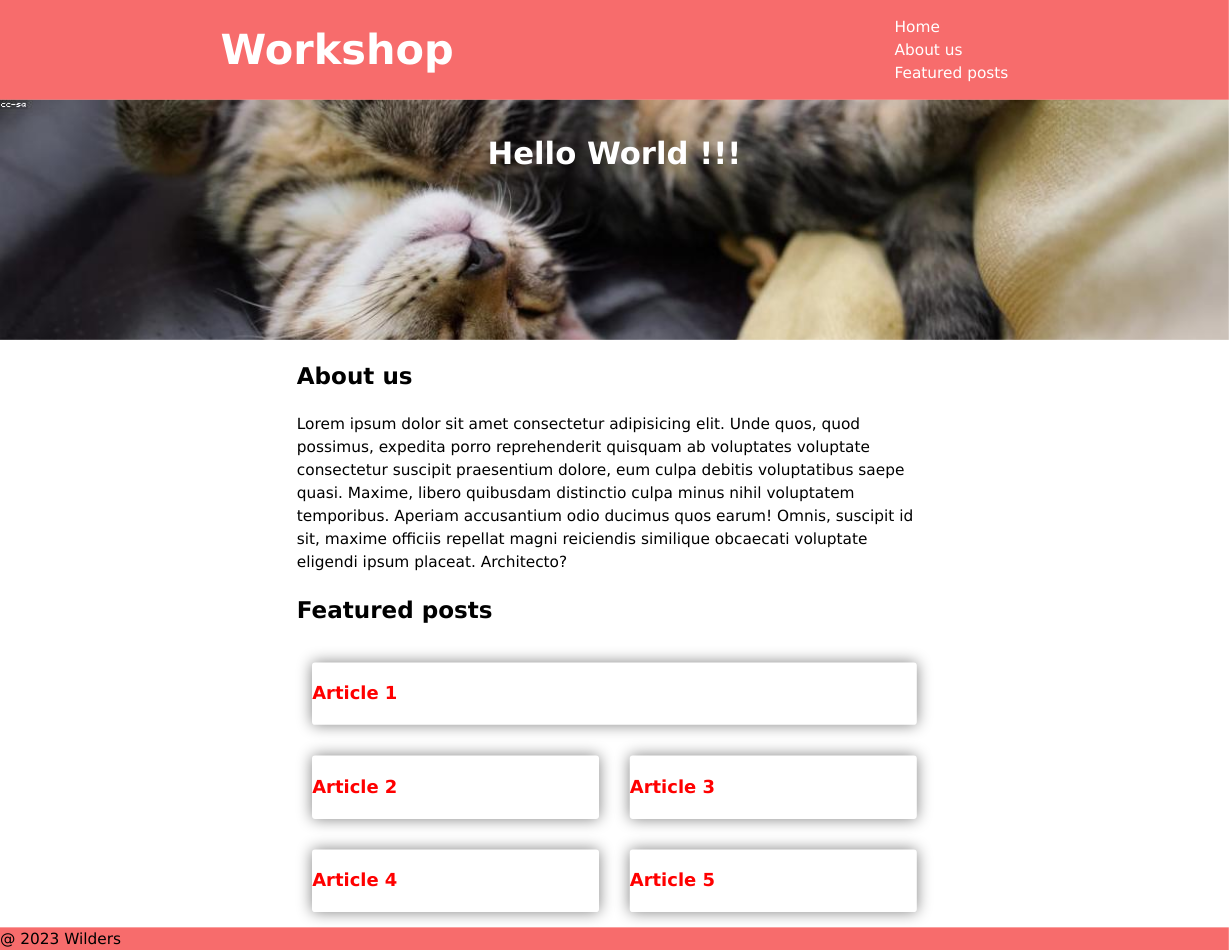
Repository: PPaillard/cssresponsive
Page: index.html
The author's editor kept a copy of each file at every save. The page is drawn from the files as they stood at one save, then again after the next save.
The browser window is 1280 px wide. The pictures show the whole page, at 96% of full size.

Above is the page before, as saved 2023-03-03 14:44:46.

After the next save:
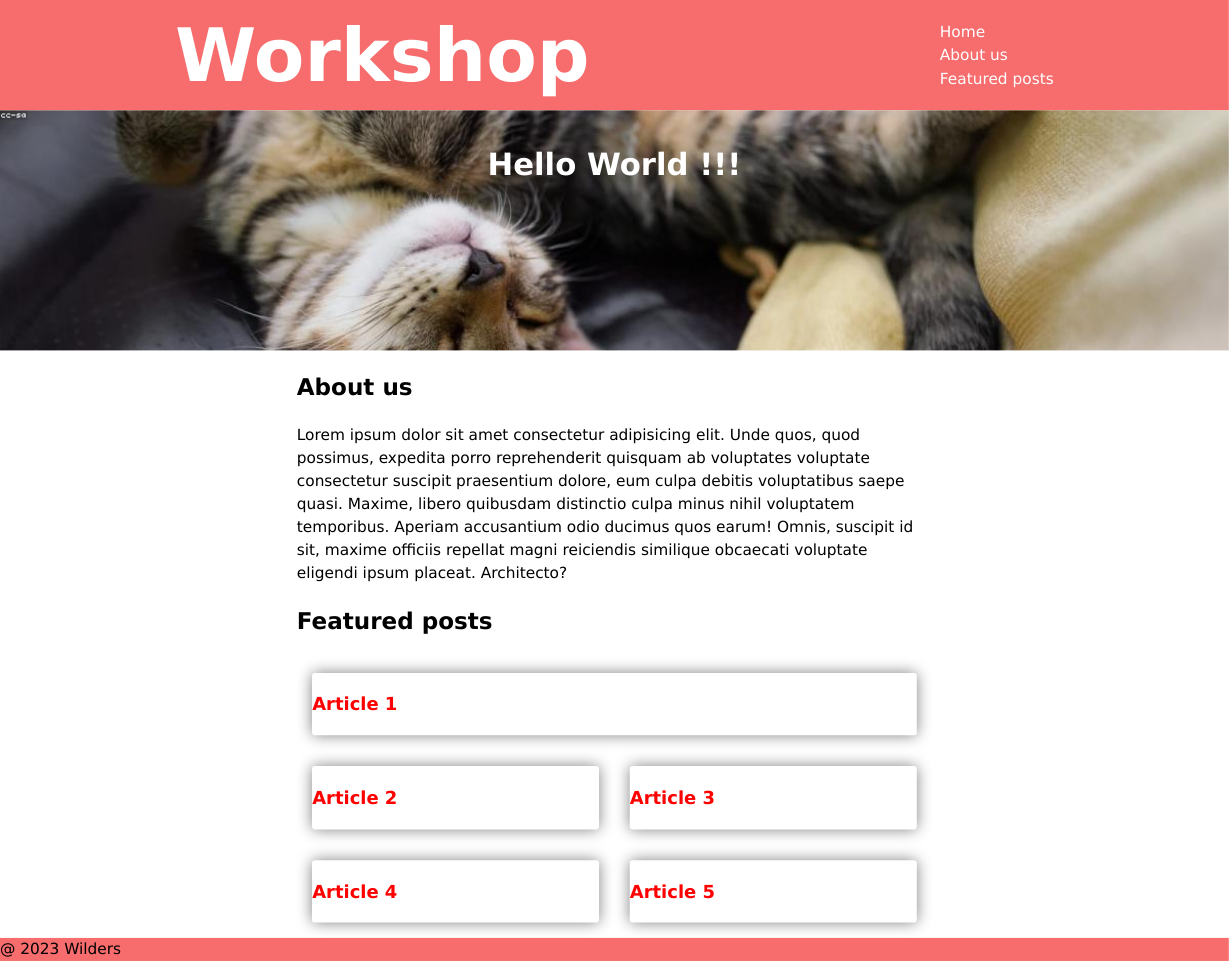
Saved 40 s later.
--- a/style.css
+++ b/style.css
@@ -19,7 +19,7 @@
 
 nav > h2 {
   margin: 0;
-  font-size: clamp(2rem, 6vh, 6rem);
+  font-size: clamp(2rem, 6vw, 6rem);
 }
 
 nav ul {

After the 2 saves that followed:
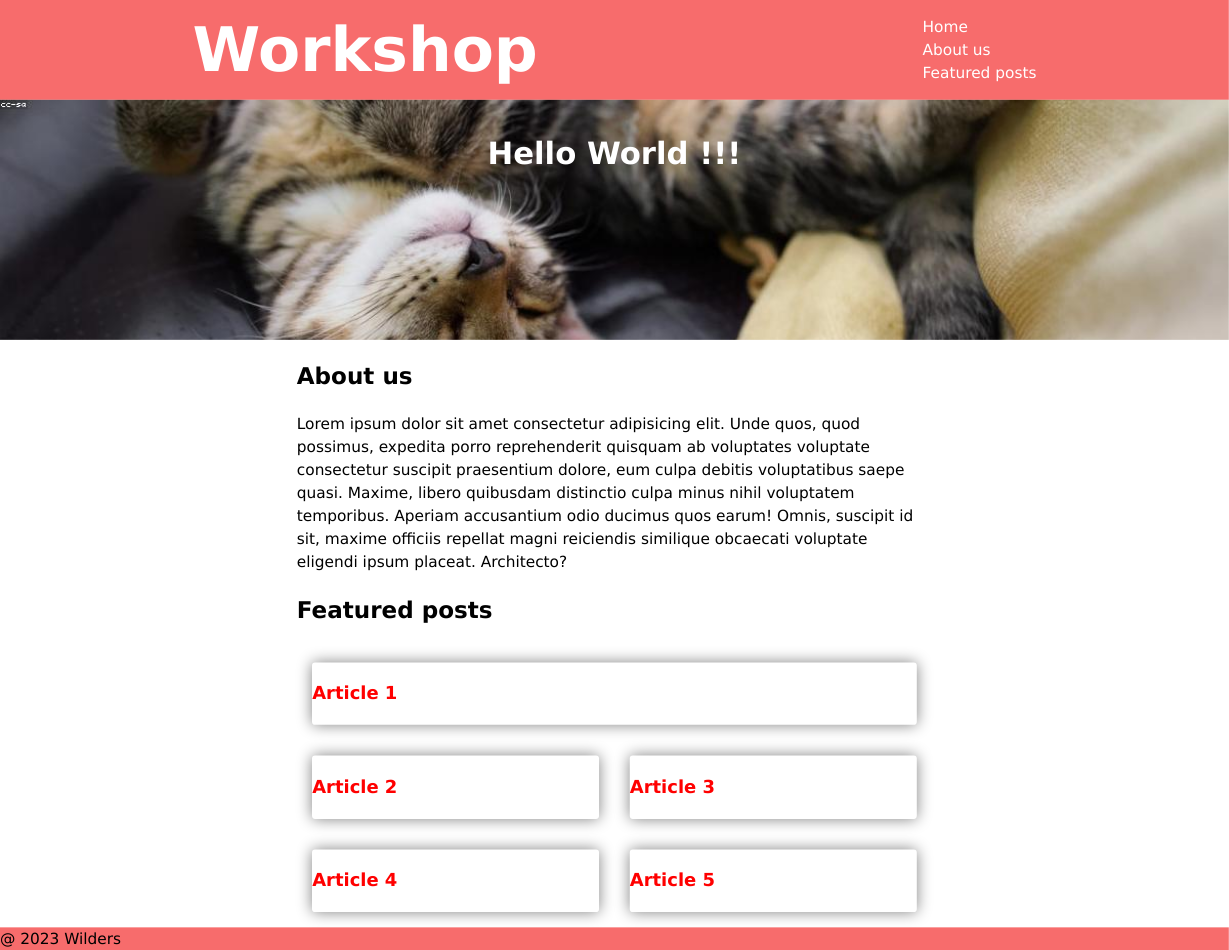
The 2 saves are shown as one change because 1 left the picture as it was.
The last was saved 24 s later.
--- a/style.css
+++ b/style.css
@@ -19,7 +19,7 @@
 
 nav > h2 {
   margin: 0;
-  font-size: clamp(2rem, 6vw, 6rem);
+  font-size: clamp(2rem, 6vw, 4rem);
 }
 
 nav ul {
